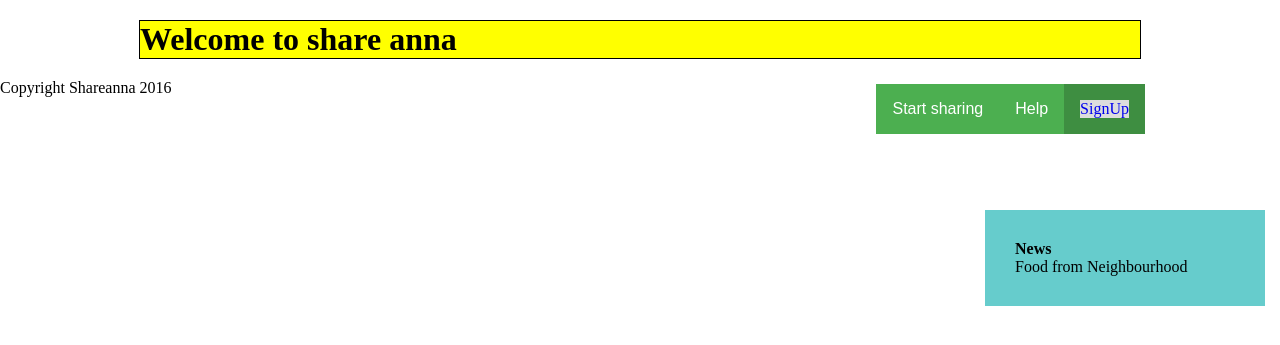
Repository: navigator007/shareanna
Page: practiceSpringMVC_1/src/main/webapp/home.html
An editor plug-in stored every save of this project. The page is shown before and after the next save, followed by the edit.
The browser window is 1280 px wide. The pictures show the whole page.

Above is the page before, as saved 2016-08-20 23:38:03.

After the next save:
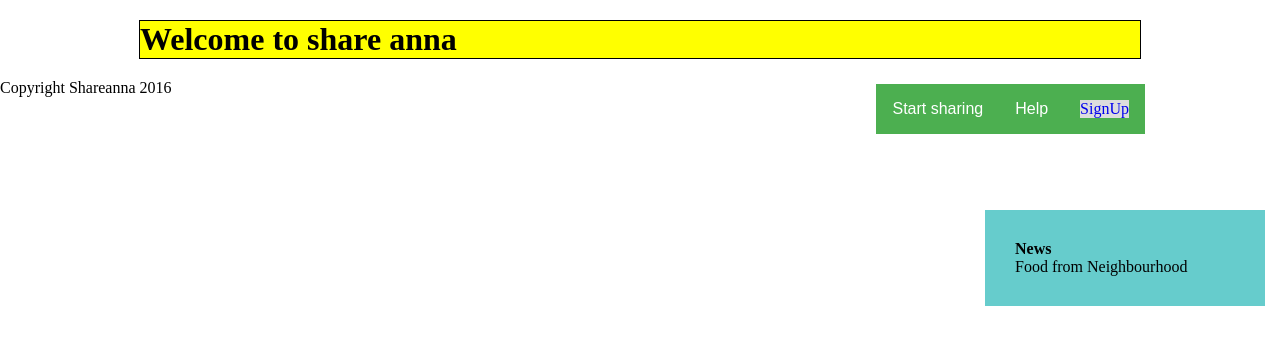
Saved 25 s later.
--- a/practiceSpringMVC_1/src/main/webapp/css/home.css
+++ b/practiceSpringMVC_1/src/main/webapp/css/home.css
@@ -79,15 +79,12 @@ body{
 	background-color: #dddddd;
 }
 .dropdown_custom{
-	color: white;
+	background-color: #4CAF50;
+    color: white;
     padding: 16px;
     font-size: 16px;
     border: none;
     cursor: pointer;
-	background-color: #3e8e41;
-    text-align: center;
-    text-decoration: none;
-    display: inline-block;
 }
 .dropdown_custom a:hover, a:active {
     background-color: red;
